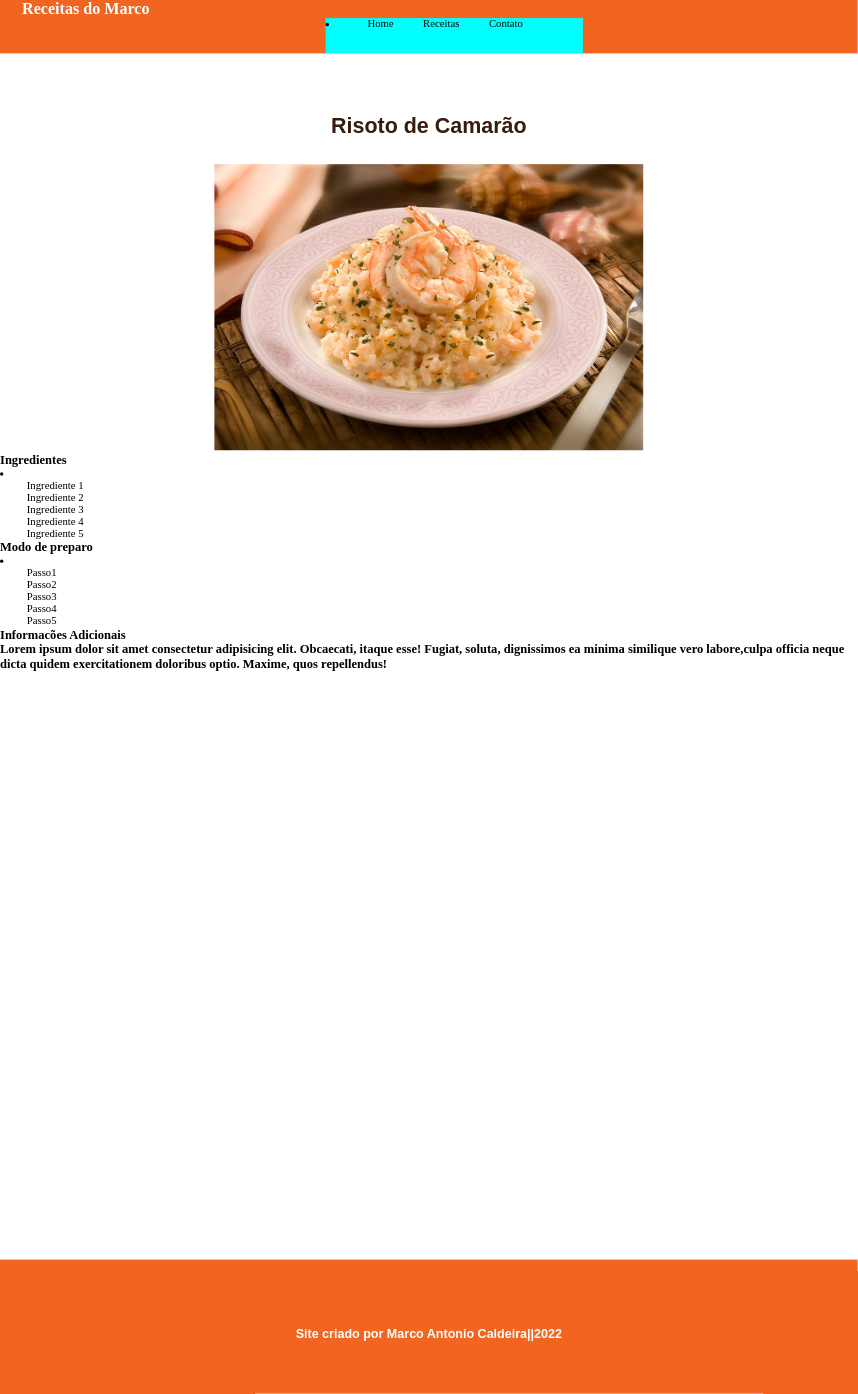
Repository: MarcoantonioCaldeira/Aprendizados-e-Conhecimentos
Page: Receitas da Casa/index.html
These files come from the project's save history. The page is drawn as it stood at one moment and after the next save; the edit follows.
The browser window is 1280 px wide. The pictures show the whole page, at 67% of full size.

Above is the page before, as saved 2022-05-26 00:13:12.

After the next save:
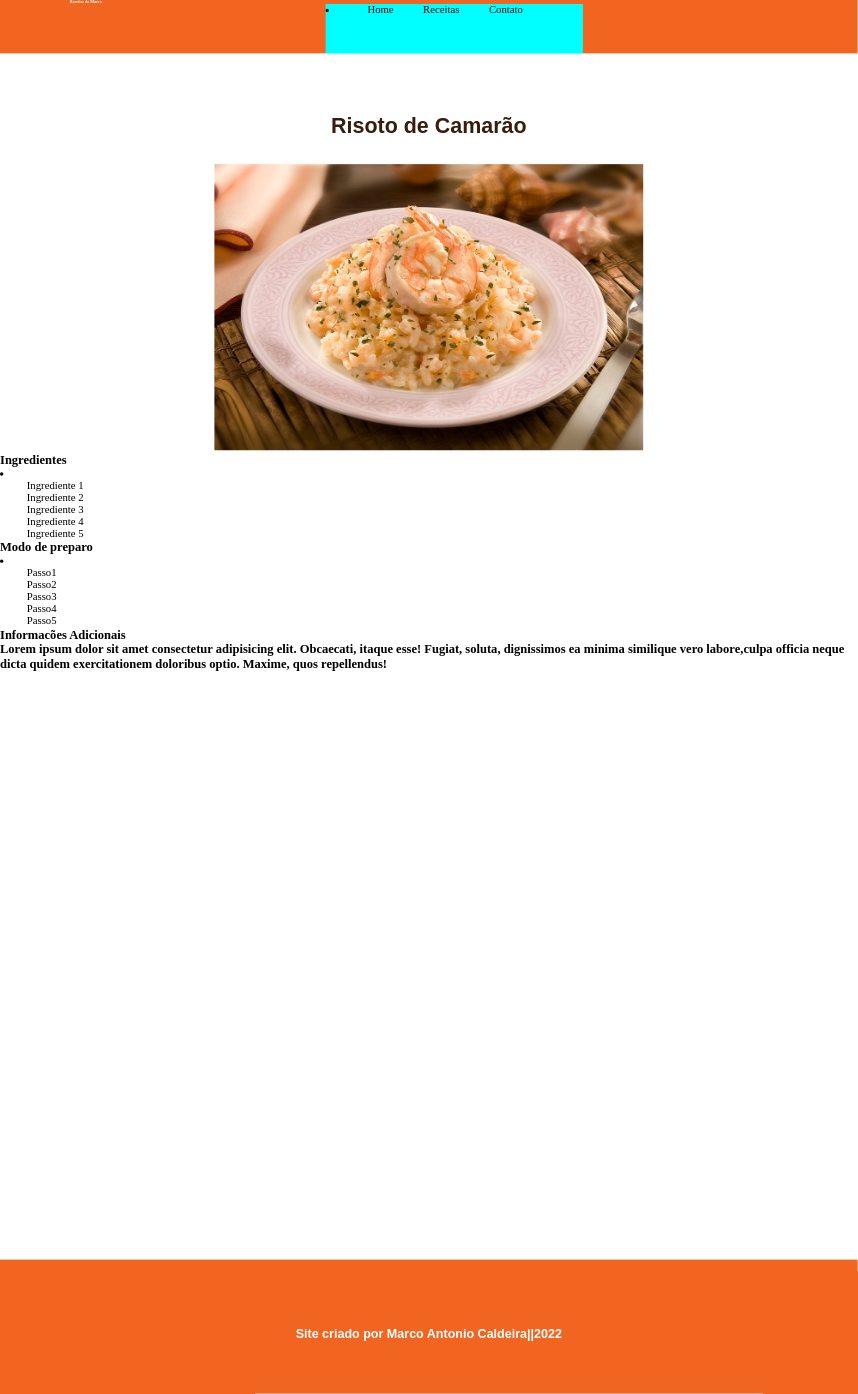
Saved 12 s later.
--- a/Receitas da Casa/css/estilo.css
+++ b/Receitas da Casa/css/estilo.css
@@ -16,6 +16,7 @@ h1{
 
 .titulo_logo{
     position: relative;
+    font-size:20%;
     color:white;
     left:-40%;
 }
